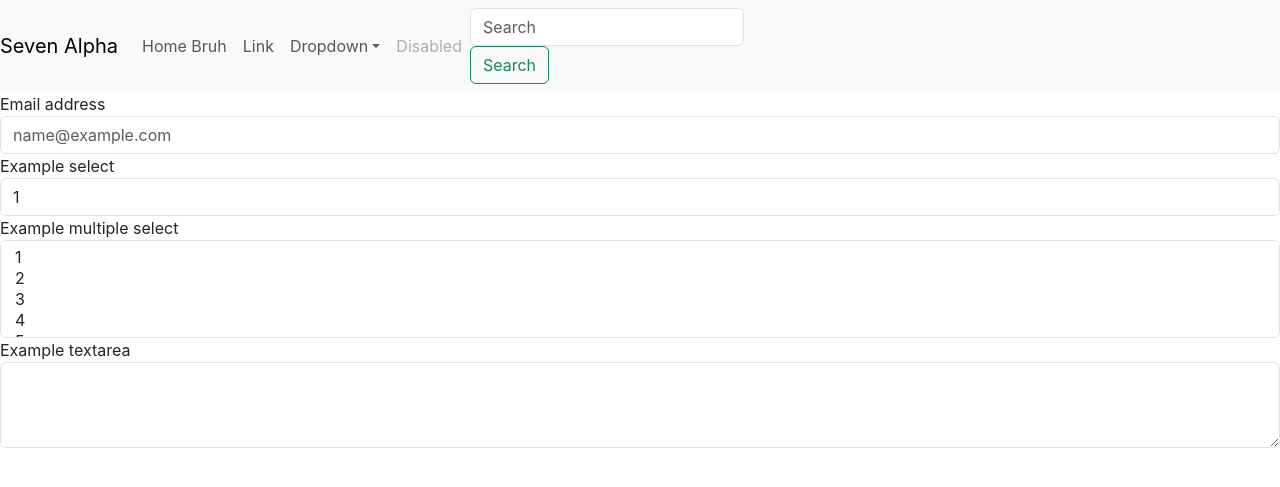
Repository: Shubham-tawar/Text-editor
Page: /
An editor plug-in stored every save of this project. The page is shown before and after the next save, followed by the edit.
The browser window is 1280 px wide. The pictures show the whole page.
The project was rebuilt for these pictures with package versions that can differ from the ones it lists, and the page was loaded fresh each time. Also part of the build but not shown: src/App.css.

Above is the page before, as saved 2025-07-05 16:51:26.

### public/index.html
<!DOCTYPE html>
<html lang="en">
  <head>
    <meta charset="utf-8" />
    <link rel="icon" href="%PUBLIC_URL%/favicon.ico" />
    <meta name="viewport" content="width=device-width, initial-scale=1" />
    <meta name="theme-color" content="#000000" />
    <meta
      name="description"
      content="Web site created using create-react-app"
    />
    <link rel="apple-touch-icon" href="%PUBLIC_URL%/logo192.png" />
    <!--
      manifest.json provides metadata used when your web app is installed on a
      user's mobile device or desktop. See https://developers.google.com/web/fundamentals/web-app-manifest/
    -->
    <link rel="manifest" href="%PUBLIC_URL%/manifest.json" />
    <!--
      Notice the use of %PUBLIC_URL% in the tags above.
      It will be replaced with the URL of the `public` folder during the build.
      Only files inside the `public` folder can be referenced from the HTML.

      Unlike "/favicon.ico" or "favicon.ico", "%PUBLIC_URL%/favicon.ico" will
      work correctly both with client-side routing and a non-root public URL.
      Learn how to configure a non-root public URL by running `npm run build`.
    -->
    <link href="https://cdn.jsdelivr.net/npm/bootstrap@5.3.7/dist/css/bootstrap.min.css" rel="stylesheet" integrity="sha384-LN+7fdVzj6u52u30Kp6M/trliBMCMKTyK833zpbD+pXdCLuTusPj697FH4R/5mcr" crossorigin="anonymous">
    <title>React App</title>
  </head>
  <body>
    <noscript>You need to enable JavaScript to run this app.</noscript>
    <div id="root"></div>
    <!--
      This HTML file is a template.
      If you open it directly in the browser, you will see an empty page.

      You can add webfonts, meta tags, or analytics to this file.
      The build step will place the bundled scripts into the <body> tag.

      To begin the development, run `npm start` or `yarn start`.
      To create a production bundle, use `npm run build` or `yarn build`.
    -->
      <script src="https://cdn.jsdelivr.net/npm/bootstrap@5.3.7/dist/js/bootstrap.bundle.min.js" integrity="sha384-ndDqU0Gzau9qJ1lfW4pNLlhNTkCfHzAVBReH9diLvGRem5+R9g2FzA8ZGN954O5Q" crossorigin="anonymous"></script>
  </body>
</html>

### src/App.js

import './App.css';
import Navbar from './components/Navbar';
import Textform from './components/Textform';

function App() {
  return (
    <>
    <Navbar title="Seven Alpha" aboutText="Bruh"/>
    <Textform/>
    </>
  );
}

export default App;

### src/components/Navbar.js
import React from 'react'
import PropTypes from 'prop-types'
export default function Navbar(props) {
  return (
    <nav className="navbar navbar-expand-lg navbar-light bg-light">
      <a className="navbar-brand" href="/">{props.title}</a>
      <button className="navbar-toggler" type="button" data-toggle="collapse" data-target="#navbarSupportedContent" aria-controls="navbarSupportedContent" aria-expanded="false" aria-label="Toggle navigation">
        <span className="navbar-toggler-icon"></span>
      </button>

      <div className="collapse navbar-collapse" id="navbarSupportedContent">
        <ul className="navbar-nav mr-auto">
          <li className="nav-item active">
            <a className="nav-link" href="/">Home <span className="sr-only">{props.aboutText}</span></a>
          </li>
          <li className="nav-item">
            <a className="nav-link" href="/">Link</a>
          </li>
          <li className="nav-item dropdown">
            <a className="nav-link dropdown-toggle" href="/" id="navbarDropdown" role="button" data-toggle="dropdown" aria-haspopup="true" aria-expanded="false">
              Dropdown
            </a>
            <div className="dropdown-menu" aria-labelledby="navbarDropdown">
              <a className="dropdown-item" href="/">Action</a>
              <a className="dropdown-item" href="/">Another action</a>
              <div className="dropdown-divider"></div>
              <a className="dropdown-item" href="/">Something else here</a>
            </div>
          </li>
          <li className="nav-item">
            <a className="nav-link disabled" href="/">Disabled</a>
          </li>
        </ul>
        <form className="form-inline my-2 my-lg-0">
          <input className="form-control mr-sm-2" type="search" placeholder="Search" aria-label="Search"/>
          <button className="btn btn-outline-success my-2 my-sm-0" type="submit">Search</button>
        </form>
      </div>
    </nav>
  )
}

Navbar.prototypes = {
    title: PropTypes.string,
    aboutText: PropTypes.string
}

### src/components/Textform.js
import React from 'react'
import PropTypes from 'prop-types'

export default function Textform() {
  return (
    <form>
        <div class="form-group">
            <label for="exampleFormControlInput1">Email address</label>
            <input type="email" class="form-control" id="exampleFormControlInput1" placeholder="name@example.com"/>
        </div>
        <div class="form-group">
            <label for="exampleFormControlSelect1">Example select</label>
            <select class="form-control" id="exampleFormControlSelect1">
            <option>1</option>
            <option>2</option>
            <option>3</option>
            <option>4</option>
            <option>5</option>
            </select>
        </div>
        <div class="form-group">
            <label for="exampleFormControlSelect2">Example multiple select</label>
            <select multiple class="form-control" id="exampleFormControlSelect2">
            <option>1</option>
            <option>2</option>
            <option>3</option>
            <option>4</option>
            <option>5</option>
            </select>
        </div>
        <div class="form-group">
            <label for="exampleFormControlTextarea1">Example textarea</label>
            <textarea class="form-control" id="exampleFormControlTextarea1" rows="3"></textarea>
        </div>
    </form>
  )
}

Textform.propTypesropTypes = {
    heading: PropTypes.string
}

Loaded but not shown: src/index.js (common file); src/index.css (common file); src/reportWebVitals.js (common file)

After the next save:
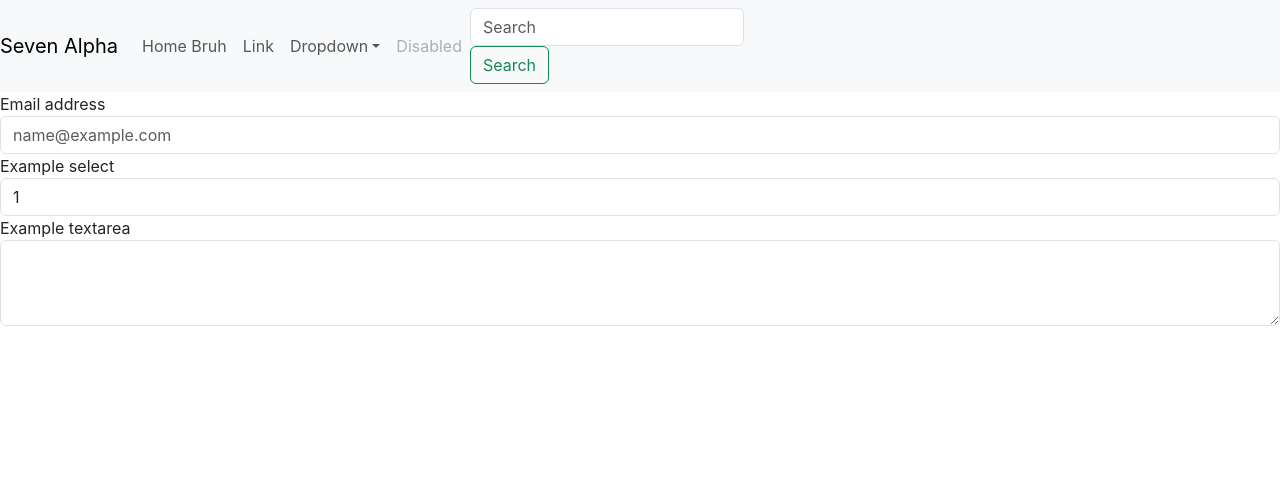
Saved 42 s later.
--- a/src/components/Textform.js
+++ b/src/components/Textform.js
@@ -18,16 +18,7 @@ export default function Textform() {
             <option>5</option>
             </select>
         </div>
-        <div class="form-group">
-            <label for="exampleFormControlSelect2">Example multiple select</label>
-            <select multiple class="form-control" id="exampleFormControlSelect2">
-            <option>1</option>
-            <option>2</option>
-            <option>3</option>
-            <option>4</option>
-            <option>5</option>
-            </select>
-        </div>
+
         <div class="form-group">
             <label for="exampleFormControlTextarea1">Example textarea</label>
             <textarea class="form-control" id="exampleFormControlTextarea1" rows="3"></textarea>
